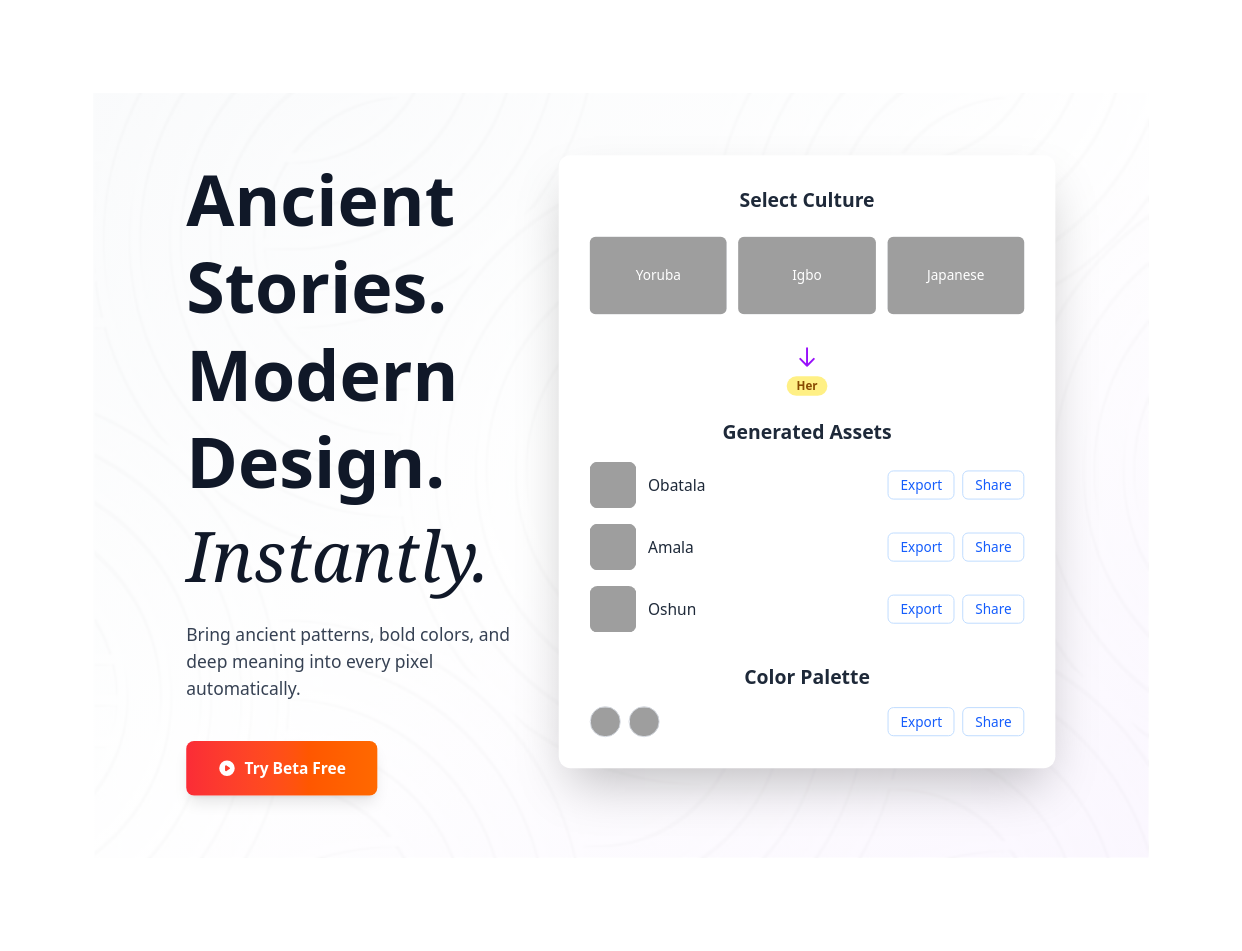
Repository: Em-driod/Heritage
Page: /
These files come from the project's save history. The page is drawn as it stood at one moment and after the next save; the edit follows.
The browser window is 1280 px wide. The pictures show the whole page, at 97% of full size.
Pictures or frames that could not be fetched are drawn as grey boxes. The project was rebuilt for these pictures with package versions that can differ from the ones it lists, and the page was loaded fresh each time. Also part of the build but not shown: vite.config.ts.

Above is the page before, as saved 2025-07-08 15:21:07.

After the next save:
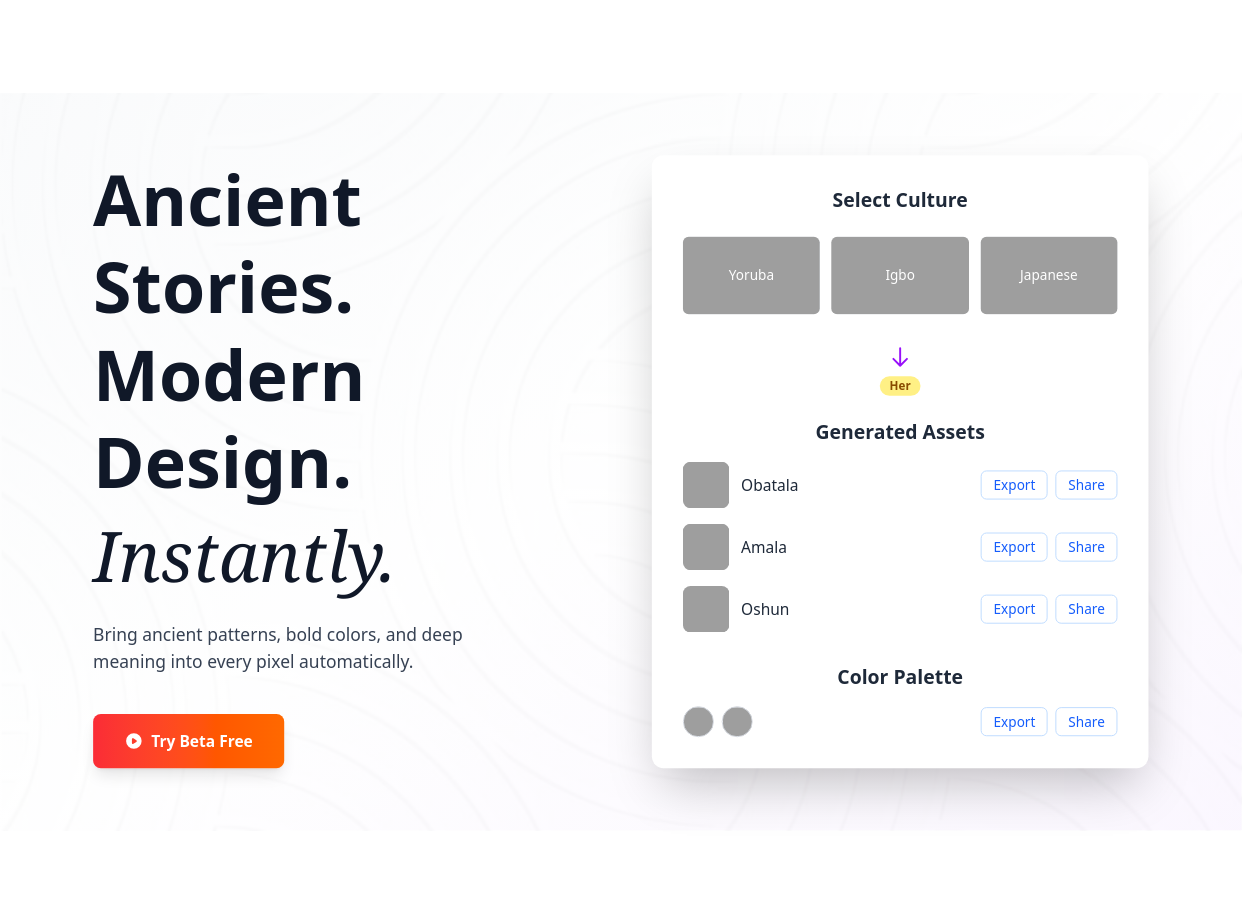
Saved 64 s later.
--- a/src/components/Hero.tsx
+++ b/src/components/Hero.tsx
@@ -1,6 +1,6 @@
 const Hero = () => {
   return (
-    <div className="p-4 sm:p-8 md:p-12 lg:p-24">
+    <div className="py-4 sm:py-8 md:py-12 lg:py-24">
       <div
         className="relative flex justify-center items-center min-h-screen text-center px-4 sm:px-8 md:px-16 lg:px-24 py-16"
         style={{
